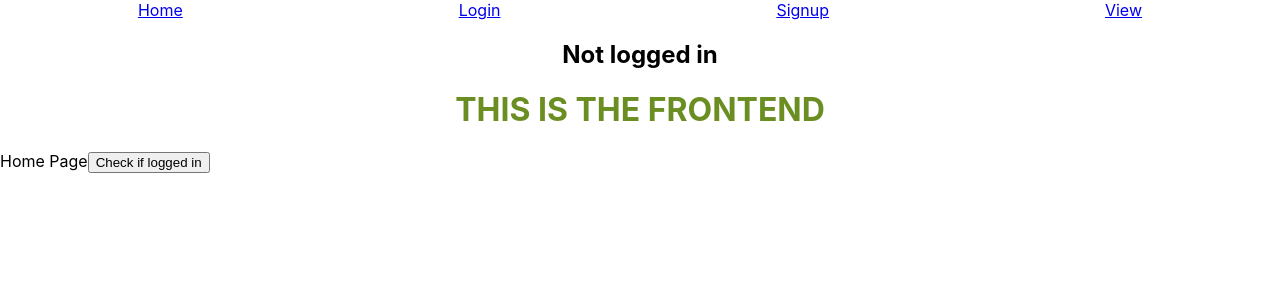
Repository: MikeTroianello/SuPro
Page: / (app in frontend/)
An editor plug-in stored every save of this project. The page is shown before and after the next save, followed by the edit.
The browser window is 1280 px wide. The pictures show the whole page.
The project was rebuilt for these pictures with package versions that can differ from the ones it lists, and the page was loaded fresh each time. A package was used in the major version that the imports need, not the one package.json lists. Also part of the build but not shown: frontend/src/components/Login.js, frontend/src/components/Signup.js, frontend/src/components/Create.js, frontend/src/components/View.js.

Above is the page before, as saved 2019-10-27 15:55:31.

After the next save:
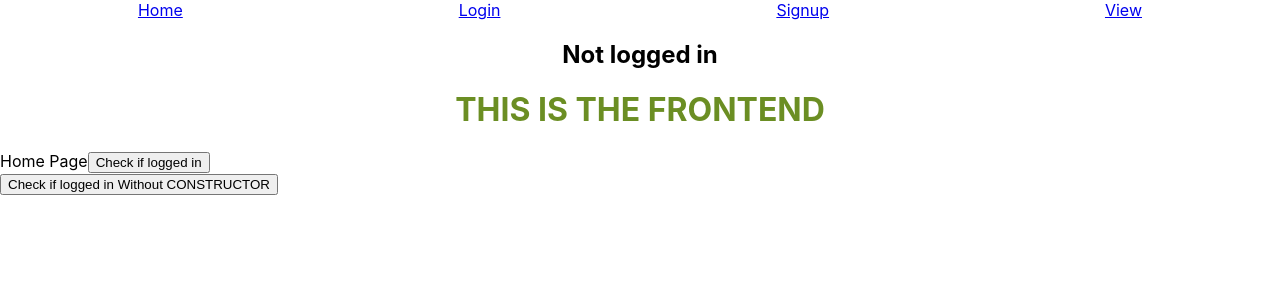
Saved 50 s later.
--- a/frontend/src/components/Home.js
+++ b/frontend/src/components/Home.js
@@ -1,6 +1,7 @@
 import React, { Component } from 'react';
 import axios from 'axios';
 import AuthService from './auth/auth-service';
+import Test from '../components/Test';
 
 export default class Home extends Component {
   constructor(props) {
@@ -27,6 +28,7 @@ export default class Home extends Component {
       <div>
         Home Page
         <button onClick={this.checkIfLoggedIn}>Check if logged in</button>
+        <Test />
       </div>
     );
   }
